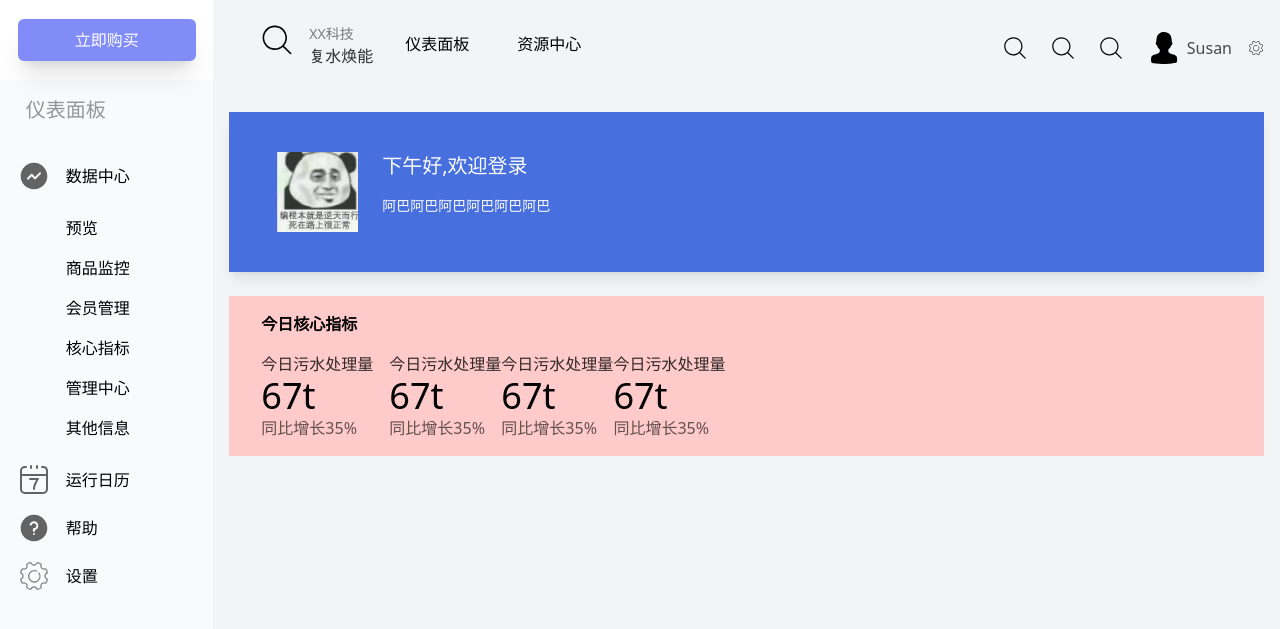
Repository: LiuRuohui/useWater
Page: /
The author's editor kept a copy of each file at every save. The page is drawn from the files as they stood at one save, then again after the next save.
The browser window is 1280 px wide. The pictures show the whole page.
The project was rebuilt for these pictures with package versions that can differ from the ones it lists, and the page was loaded fresh each time. Also part of the build but not shown: vite.config.js.

Above is the page before, as saved 2022-04-06 23:26:28.

### src/App.vue
<script setup>
import HelloWorld1 from './components/HelloWorld.vue';
</script>

<template>
  <HelloWorld1></HelloWorld1>
</template>

<style>
</style>

### src/index.css
@tailwind base;
@tailwind components;
.inputFrame {
    @apply appearance-none rounded-none relative block w-full px-3 py-2 border border-gray-300 placeholder-gray-500 text-gray-900
}

.inputFrame:focus {
    @apply outline-none border-indigo-500 z-10 inline-block px-5 py-3 rounded-lg shadow-lg
}

.btn {
    @apply relative flex w-full justify-center py-2 border border-transparent font-medium rounded-md text-white bg-indigo-400
}

.btn:hover {
    @apply bg-indigo-500
}

.btn:focus {
    @apply outline-none ring-2 ring-offset-2 ring-indigo-400
}

@tailwind utilities;

### src/components/HelloWorld.vue
<script setup>

</script>

<template>
<div class="w-full h-screen flex flex-row select-none">
  <div class="w-1/5 h-screen justify-center items-center flex flex-col">
    <div class="w-full h-20 justify-center items-center flex">
        <div class="w-5/6">
            <button class="btn text-white justify-center items-center shadow-xl">立即购买</button>
        </div>
    </div>
    <div class="w-full flex flex-grow bg-gray-50 justify-center">
        <div class="w-5/6 pt-4 flex flex-col">
            <div class="h-8 text-xl opacity-40 pl-2">仪表面板</div>
            <div class="mt-4 flex flex-grow flex-col">
                <div class="flex flex-col py-2 hover:cursor-pointer">
                    <div class="flex flex-row py-2 hover:bg-blue-200 hover:cursor-pointer">
                      <img src="../assets/数据.svg" alt="" class="h-8 opacity-60">
                      <div class="pl-4 pt-1">数据中心</div>
                    </div>
                    <div class="mt-2 flex flex-col hover:cursor-pointer">
                        <div class="py-2 pl-12 hover:bg-blue-200">预览</div>
                        <div class="py-2 pl-12 hover:bg-blue-200">商品监控</div>
                        <div class="py-2 pl-12 hover:bg-blue-200">会员管理</div>
                        <div class="py-2 pl-12 hover:bg-blue-200">核心指标</div>
                        <div class="py-2 pl-12 hover:bg-blue-200">管理中心</div>
                        <div class="py-2 pl-12 hover:bg-blue-200">其他信息</div>
                    </div>
                </div>
                <div class="flex flex-row py-2 hover:bg-blue-200 hover:cursor-pointer">
                  <img src="../assets/日历.svg" alt="" class="h-8 opacity-60">
                  <div class="pl-4 pt-1">运行日历</div>
                </div>
                <div class="flex flex-row py-2 hover:bg-blue-200 hover:cursor-pointer">
                  <img src="../assets/帮助.svg" alt="" class="h-8 opacity-60">
                  <div class="pl-4 pt-1">帮助</div>
                </div>
                <div class="flex flex-row py-2 hover:bg-blue-200 hover:cursor-pointer">
                  <img src="../assets/设置.svg" alt="" class="h-8 opacity-60">
                  <div class="pl-4 pt-1">设置</div>
                </div>
            </div>
        </div>
    </div>
  </div>
  <div class="w-full flex flex-grow flex-col bg-gray-100">
      <div class="flex flex-row h-24">
          <img src="../assets/搜索.svg" alt="" class="h-8 mt-6 pl-12 hover:cursor-pointer">
          <div class="flex flex-col pt-6 px-4 hover:cursor-pointer">
              <div class="text-sm opacity-50">XX科技</div>
              <div class="text-md opacity-80">复水焕能</div>
          </div>
          <div class="text-base px-4 pt-8 hover:cursor-pointer">仪表面板</div>
          <div class="text-base px-8 pt-8 hover:cursor-pointer">资源中心</div>
          <div class="flex flex-grow flex-row-reverse">
              <img src="../assets/设置.svg" alt="" class="h-4 mt-10 mr-4 hover:cursor-pointer hover:bg-blue-100">
              <span class="my-9 mr-4 text-black text-base opacity-70 hover:cursor-pointer hover:bg-blue-100">Susan</span>
              <img src="../assets/用户.svg" alt="" class="h-8 mt-8 mr-2 hover:cursor-pointer hover:bg-blue-100">
              <img src="../assets/搜索.svg" alt="" class="h-6 mt-9 mr-6 hover:cursor-pointer hover:bg-blue-100">
              <img src="../assets/搜索.svg" alt="" class="h-6 mt-9 mr-6 hover:cursor-pointer hover:bg-blue-100">
              <img src="../assets/搜索.svg" alt="" class="h-6 mt-9 mr-6 hover:cursor-pointer hover:bg-blue-100">
          </div>
      </div>
      <div class="m-4 bg-blue-700 h-40 opacity-80 shadow-lg">
          <div class="flex flex-row h-24 my-8">
              <img src="../assets/测试图片.jpg" alt="" class="h-20 my-auto pl-12">
              <div class="flex flex-col pl-6 pt-2">
                  <div class="text-xl text-white">下午好,欢迎登录</div>
                  <div class="text-sm text-white pt-4">阿巴阿巴阿巴阿巴阿巴阿巴</div>
              </div>
          </div>
      </div>
      <div class="h-40 my-2 mx-4 bg-red-200">
          <div class="flex flex-col pt-4 pl-8">
              <div class="font-black text-black">今日核心指标</div>
              <div class="flex flex-grow flex-row mt-4">
                  <div class="flex flex-col pr-4">
                      <div class="opacity-80">今日污水处理量</div>
                      <div class="text-4xl">67t</div>
                      <div class="opacity-60">同比增长35%</div>
                  </div>
                  <div class="flex flex-col">
                      <div class="opacity-80">今日污水处理量</div>
                      <div class="text-4xl">67t</div>
                      <div class="opacity-60">同比增长35%</div>
                  </div>
                  <div class="flex flex-col">
                      <div class="opacity-80">今日污水处理量</div>
                      <div class="text-4xl">67t</div>
                      <div class="opacity-60">同比增长35%</div>
                  </div>
                  <div class="flex flex-col">
                      <div class="opacity-80">今日污水处理量</div>
                      <div class="text-4xl">67t</div>
                      <div class="opacity-60">同比增长35%</div>
                  </div>
              </div>
          </div>
      </div>
  </div>
</div>
</template>

<style scoped>

</style>

### tailwind.config.js
module.exports = {
    content: [
        "./index.html",
        "./src/**/*.{vue,js,ts,jsx,tsx}",
    ],
    theme: {
        extend: {},
    },
    variants: {
        backgroundColor: ['responsive', 'hover', 'focus', 'active']
    },
    plugins: [],
}

Loaded but not shown: index.html (common file); src/main.js (common file)

After the next save:
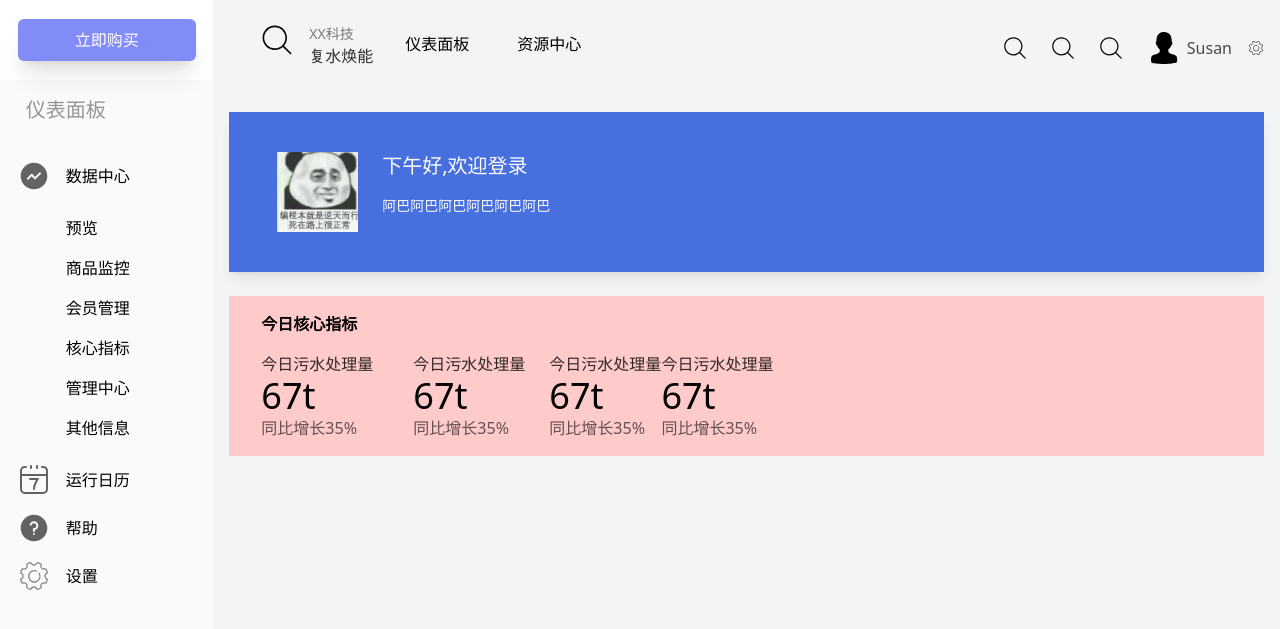
Saved 9 s later.
--- a/src/components/HelloWorld.vue
+++ b/src/components/HelloWorld.vue
@@ -80,7 +80,7 @@
                       <div class="text-4xl">67t</div>
                       <div class="opacity-60">同比增长35%</div>
                   </div>
-                  <div class="flex flex-col">
+                  <div class="flex flex-col px-6">
                       <div class="opacity-80">今日污水处理量</div>
                       <div class="text-4xl">67t</div>
                       <div class="opacity-60">同比增长35%</div>
